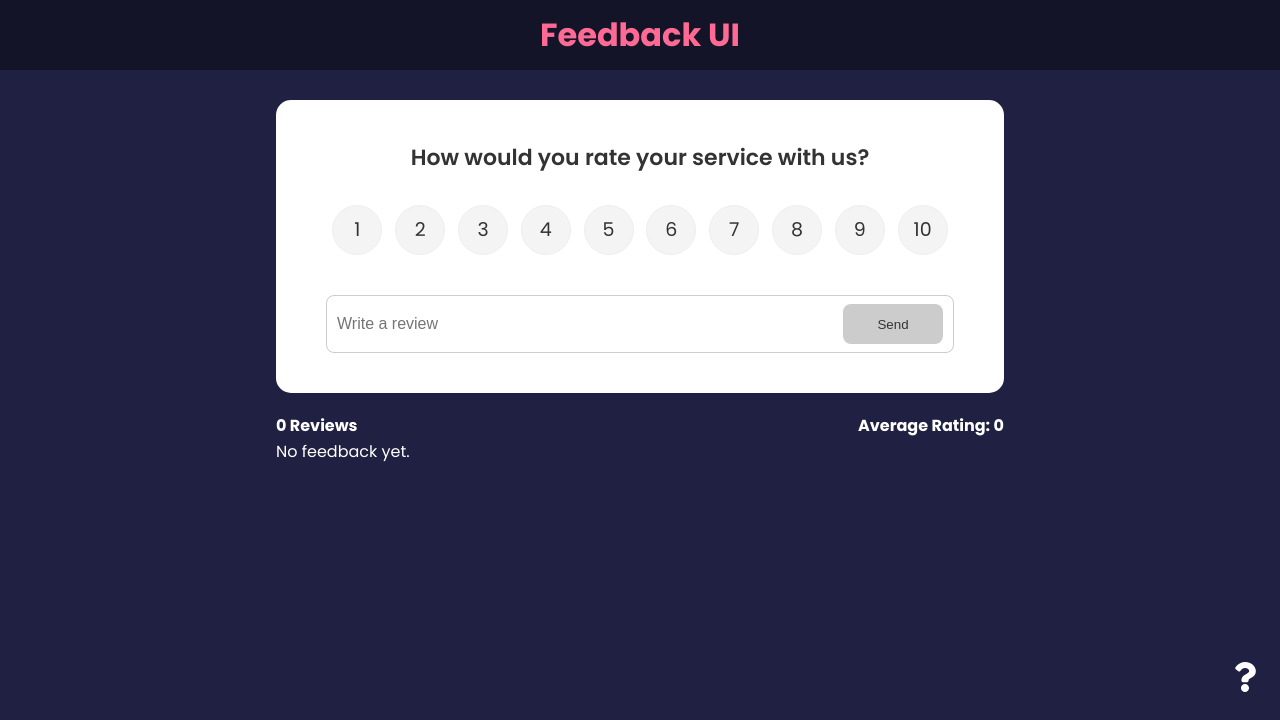
Repository: Markkex/feedback-app
Page: /
These files come from the project's save history. The page is drawn as it stood at one moment and after the next save; the edit follows.
The browser window is 1280 px wide. The pictures show the whole page.
The project was rebuilt for these pictures with package versions that can differ from the ones it lists, and the page was loaded fresh each time. Requests to the local data server were answered from the project's data file. Also part of the build but not shown: src/pages/AboutPage.jsx.

Above is the page before, as saved 2021-12-29 17:29:16.

After the next save:
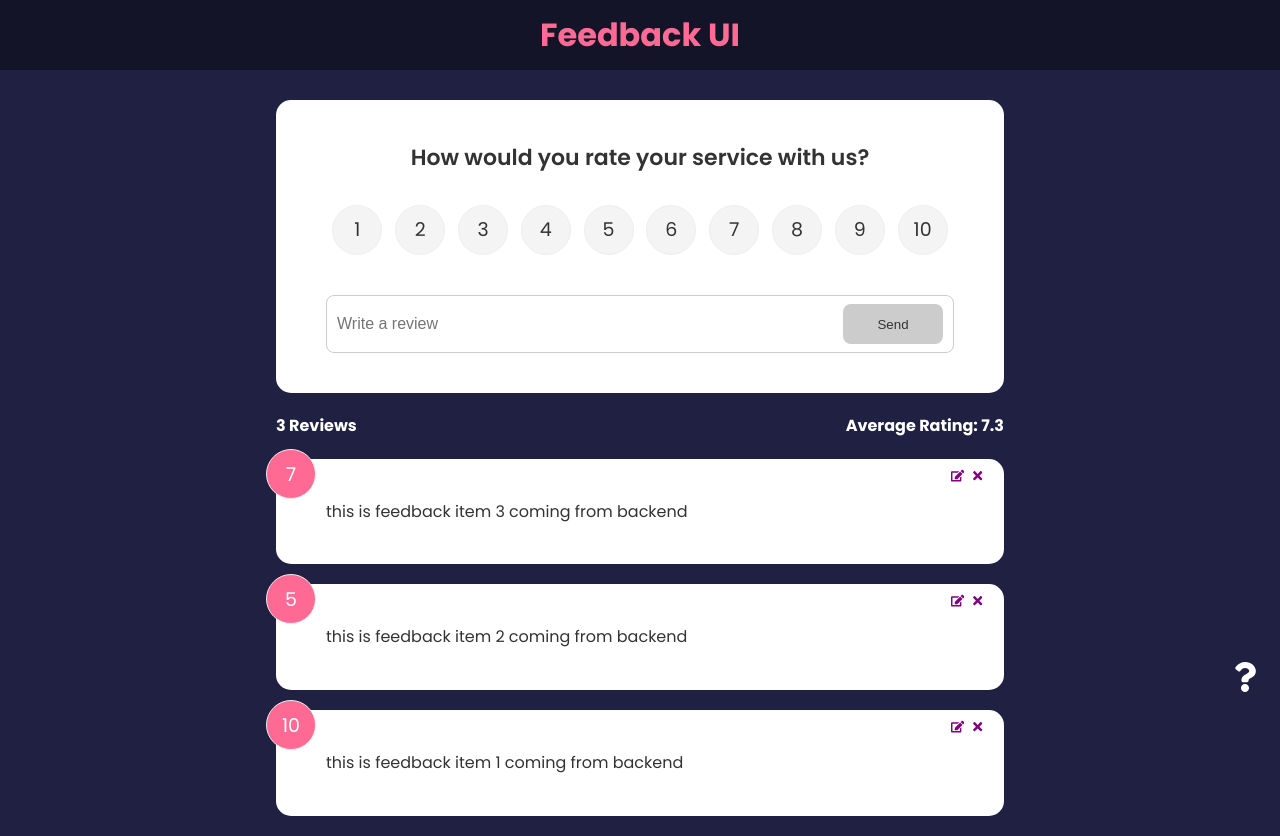
Saved 37 s later.
--- a/src/context/FeedbackContext.jsx
+++ b/src/context/FeedbackContext.jsx
@@ -16,7 +16,7 @@ export const FeedbackProvider = ({ children }) => {
     }
   };
   const fetchFeedback = async () => {
-    const response = await fetch("/feedback?_sort=id&order=desc");
+    const response = await fetch("/feedback?_sort=id&_order=desc");
     const data = await response.json();
 
     setFeedback(data);
